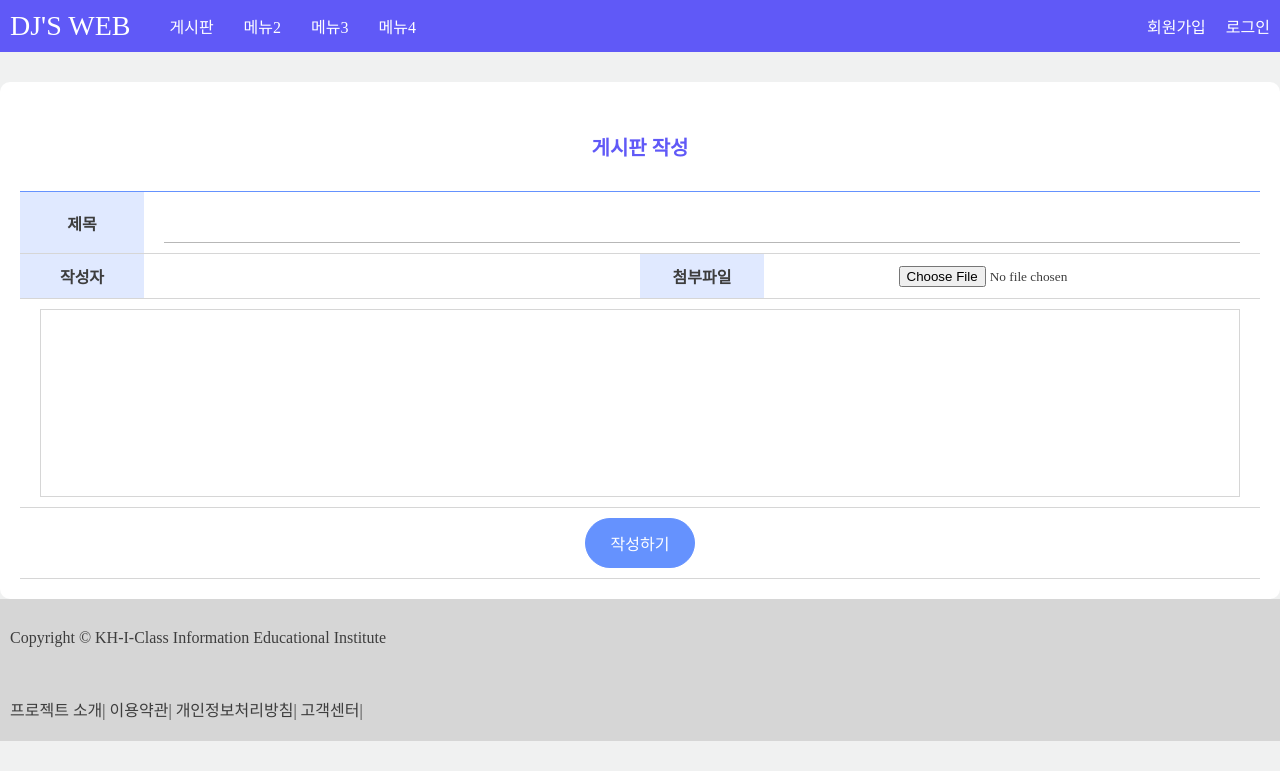
Repository: Godzilla-Man/codingStudy
Page: http://localhost/server_06_notice/notice/writeFrm
An editor plug-in stored every save of this project. The page is shown before and after the next save, followed by the edit.
The browser window is 1280 px wide. The pictures show the whole page.
Some web fonts or font styles are not loaded; a fallback is used. The page is served by Tomcat 9.

Above is the page before, as saved 2025-05-09 02:31:16.

After the next save:
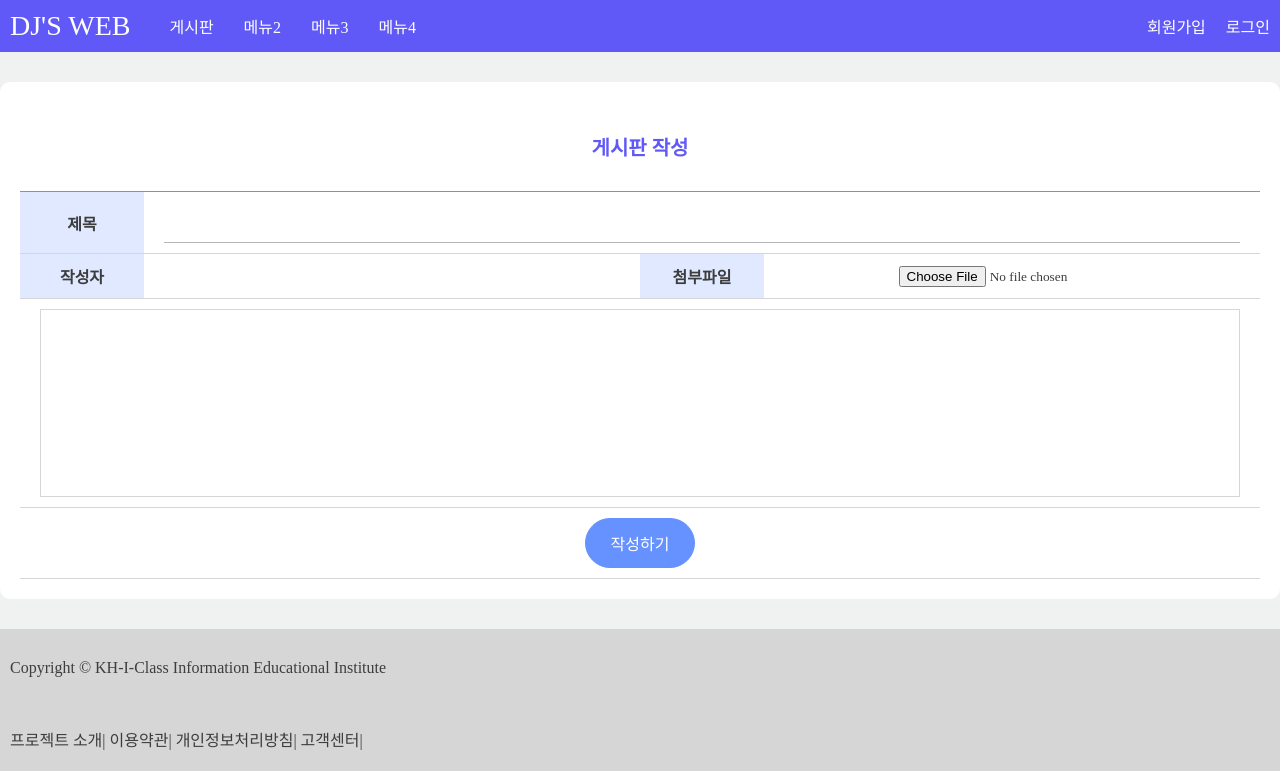
Saved 90 s later.
--- a/server_06_notice/src/main/webapp/WEB-INF/views/notice/writeFrm.jsp
+++ b/server_06_notice/src/main/webapp/WEB-INF/views/notice/writeFrm.jsp
@@ -50,8 +50,8 @@
 					  </table>
 			  	</form>
 			</section>
+		</main>
 		<jsp:include page="/WEB-INF/views/common/footer.jsp"></jsp:include>
-		</main>
 	</div>
 </body>
 </html>
